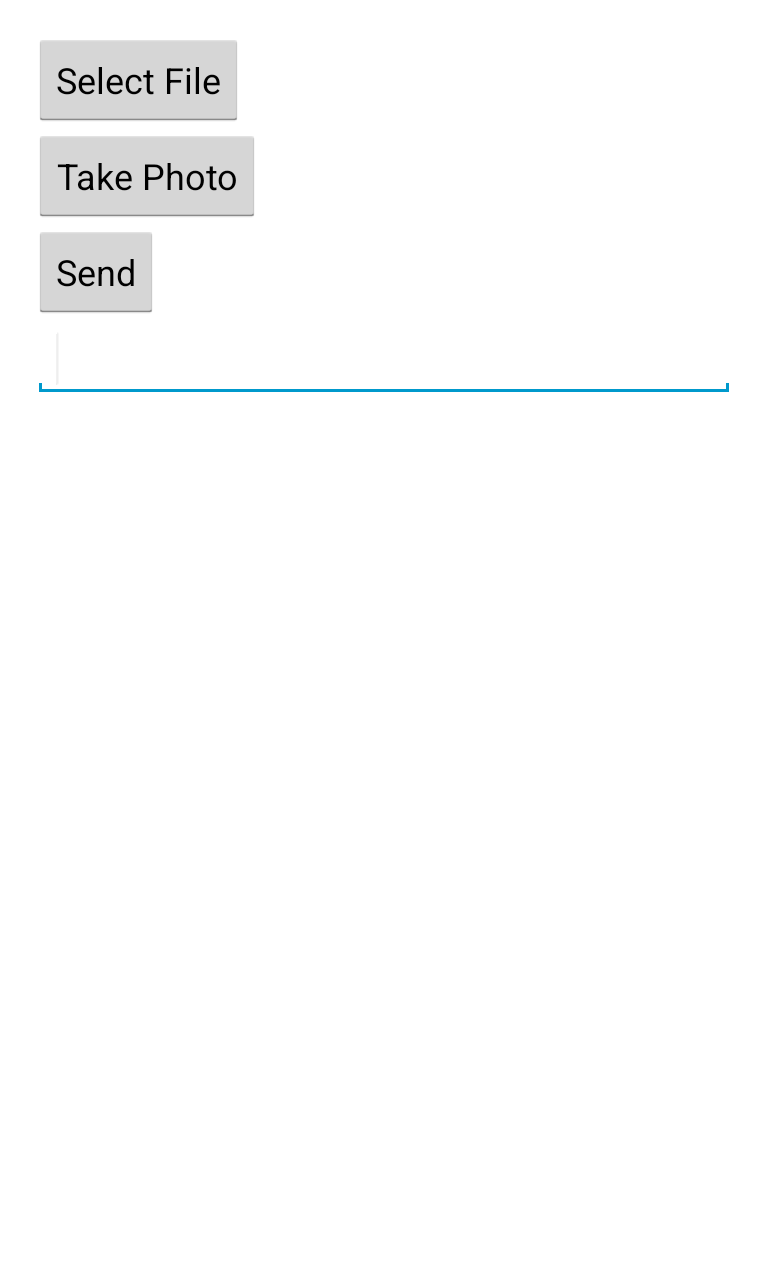
Repository: mossr/ocr_testing
Layout: sending_to_server/Photo2Server/res/layout/activity_main.xml
The author's editor kept a copy of each file at every save. The layout is drawn from the files as they stood at one save, then again after a run of saves.
It is drawn on a 768 x 1280 px phone screen (xhdpi) without system bars, with theme AppTheme; the app's code is not run.

Above is the layout before, as saved 2014-01-15 14:15:10.

After the next 2 saves:
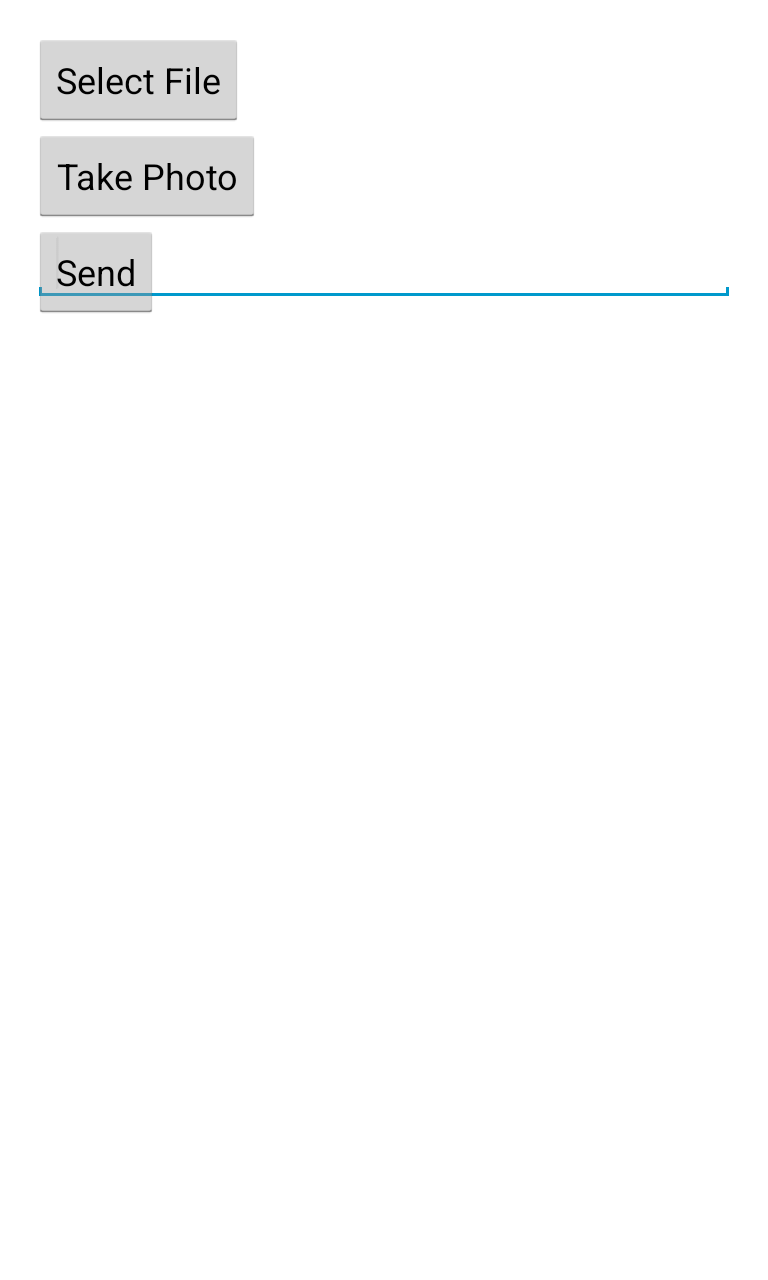
The 2 saves are shown as one change because they came seconds apart.
The last was saved 12 s later.
--- a/sending_to_server/Photo2Server/res/layout/activity_main.xml
+++ b/sending_to_server/Photo2Server/res/layout/activity_main.xml
@@ -28,6 +28,18 @@
         android:layout_below="@id/button1"
         android:text="Take Photo" />
 
+    <EditText
+        android:id="@+id/editText1"
+        android:layout_width="wrap_content"
+        android:layout_height="wrap_content"
+        android:layout_alignParentLeft="true"
+        android:layout_alignParentRight="true"
+        android:layout_below="@id/button2"
+        android:inputType="numberDecimal" >
+
+        <requestFocus />
+    </EditText>
+
     <Button
         android:id="@+id/button3"
         android:layout_gravity="center"
@@ -36,16 +48,4 @@
         android:layout_below="@id/button2"
         android:text="Send" />
 
-    <EditText
-        android:id="@+id/editText1"
-        android:layout_width="wrap_content"
-        android:layout_height="wrap_content"
-        android:layout_alignParentLeft="true"
-        android:layout_alignParentRight="true"
-        android:layout_below="@id/button3"
-        android:inputType="numberDecimal" >
-
-        <requestFocus />
-    </EditText>
-
 </RelativeLayout>
